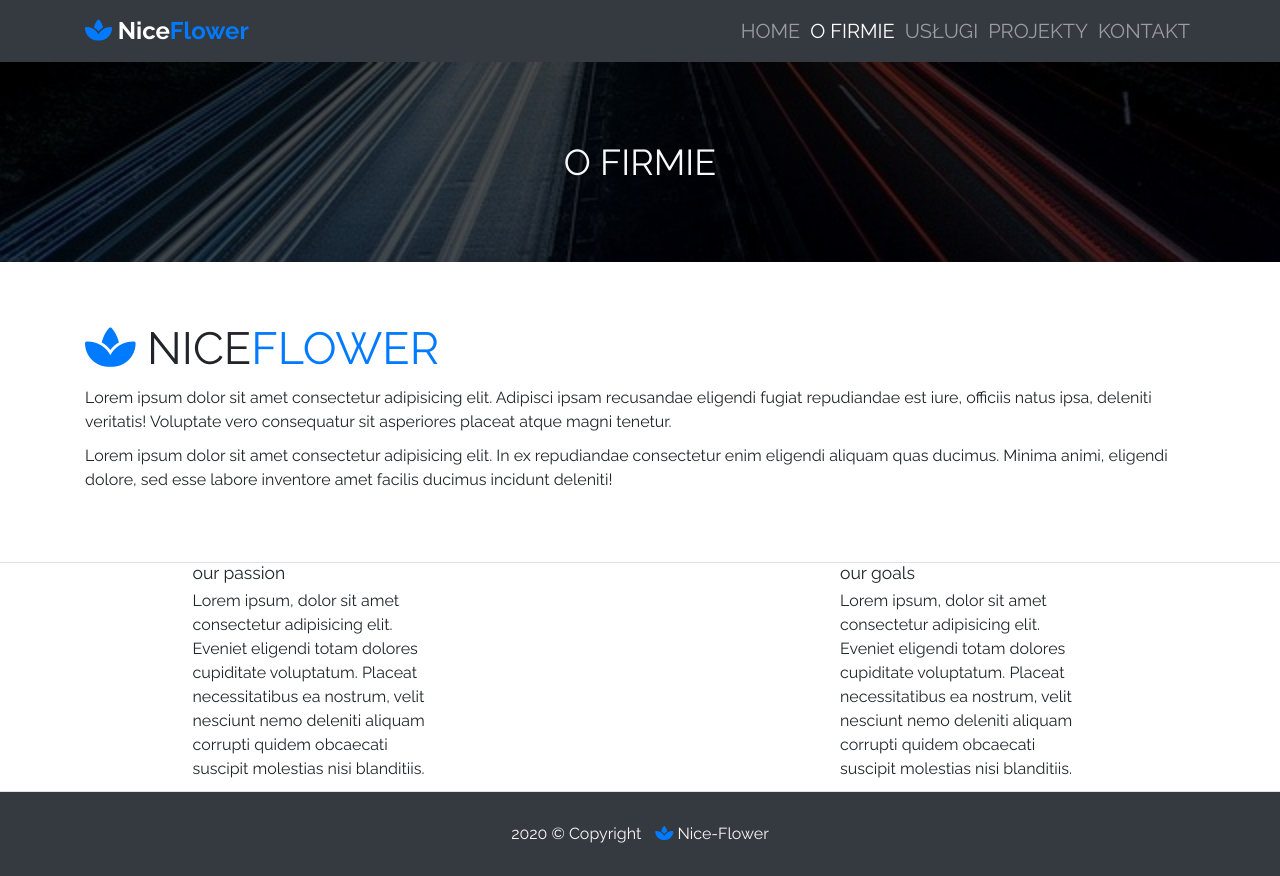
Repository: KrzysKolo/Projekt-13_Kwiaciarnia
Page: abouteus.html
An editor plug-in stored every save of this project. The page is shown before and after the next save, followed by the edit.
The browser window is 1280 px wide. The pictures show the whole page.
Some web libraries are served in a nearby version.

Above is the page before, as saved 2020-08-10 09:30:47.

### abouteus.html
<!DOCTYPE html>
<html lang="pl">
  <head>
    <meta charset="UTF-8" />
    <meta name="viewport" content="width=device-width, initial-scale=1.0" />
    <title>Nice-Flower</title>
    <script
      src="https://kit.fontawesome.com/21efeaf281.js"
      crossorigin="anonymous"
    ></script>

    <link
      rel="stylesheet"
      href="https://stackpath.bootstrapcdn.com/bootstrap/4.5.0/css/bootstrap.min.css"
      integrity="sha384-9aIt2nRpC12Uk9gS9baDl411NQApFmC26EwAOH8WgZl5MYYxFfc+NcPb1dKGj7Sk"
      crossorigin="anonymous"
    />
    <link
      href="https://fonts.googleapis.com/css2?family=Raleway:wght@400;700&display=swap"
      rel="stylesheet"
    />
    <link rel="stylesheet" href="style.css" />
  </head>
  <body>
    <nav class="navbar navbar-expand-lg navbar-dark bg-dark py-3">
      <div class="container">
        <a class="navbar-brand" href="#"
          ><i class="fas fa-spa text-primary"></i> Nice<span
            class="text-primary"
            >Flower</span
          ></a
        >
        <button
          class="navbar-toggler border-0"
          type="button"
          data-toggle="collapse"
          data-target="#navbarNavAltMarkup"
          aria-controls="navbarNavAltMarkup"
          aria-expanded="false"
          aria-label="Toggle navigation"
        >
          <i class="fas fa-bars px-4"></i>
        </button>
        <div class="collapse navbar-collapse" id="navbarNavAltMarkup">
          <div class="navbar-nav ml-auto">
            <a class="nav-link" href="index.html">Home </a>
            <a class="nav-link active" href="#"
              >O firmie<span class="sr-only">(current)</span></a
            >
            <a class="nav-link" href="services.html">Usługi</a>
            <a class="nav-link" href="projects.html">Projekty</a>
            <a class="nav-link" href="contact.html">Kontakt</a>
          </div>
        </div>
      </div>
    </nav>

    <!-- MAIN -->
    <main>
      <section class="top-hero aboutus-hero">
        <div class="hero-shadow"></div>
        <p class="top-hero-text text-light">O firmie</p>
      </section>
      <section class="aboutus-top p-5">
        <div class="row">
          <div class="container py-5">
            <p class="display-3">
              <i class="fas fa-spa text-primary"></i> Nice<span
                class="text-primary"
                >Flower</span
              >
            </p>
            <p>
              Lorem ipsum dolor sit amet consectetur adipisicing elit. Adipisci
              ipsam recusandae eligendi fugiat repudiandae est iure, officiis
              natus ipsa, deleniti veritatis! Voluptate vero consequatur sit
              asperiores placeat atque magni tenetur.
            </p>
            <p>
              Lorem ipsum dolor sit amet consectetur adipisicing elit. In ex
              repudiandae consectetur enim eligendi aliquam quas ducimus. Minima
              animi, eligendi dolore, sed esse labore inventore amet facilis
              ducimus incidunt deleniti!
            </p>
          </div>
        </div>
      </section>
      <section class="border-top border-bottom aboutus-info aboutus-shadow">
        <div class="container">
          <div class="row m-0 justify-content-center">
            <div class="col-lg-3 aboutus-text abouts-text-left">
              <h3>our passion</h3>
              <p>
                Lorem ipsum, dolor sit amet consectetur adipisicing elit.
                Eveniet eligendi totam dolores cupiditate voluptatum. Placeat
                necessitatibus ea nostrum, velit nesciunt nemo deleniti aliquam
                corrupti quidem obcaecati suscipit molestias nisi blanditiis.
              </p>
            </div>
            <div class="d-lg-none col aboutus-img"></div>
            <div class="d-none d-lg-block col-lg-4 aboutus-img"></div>
            <div class="col-lg-3 aboutus-text abouts-text-right">
              <h3>our goals</h3>
              <p>
                Lorem ipsum, dolor sit amet consectetur adipisicing elit.
                Eveniet eligendi totam dolores cupiditate voluptatum. Placeat
                necessitatibus ea nostrum, velit nesciunt nemo deleniti aliquam
                corrupti quidem obcaecati suscipit molestias nisi blanditiis.
              </p>
            </div>
          </div>
        </div>
      </section>
    </main>
    <footer class="bg-dark text-light">
      <p class="py-5 px-3 mb-0 text-center">
        2020 &copy; Copyright
        <i class="ml-3 fas fa-spa text-primary"></i> Nice-Flower
      </p>
    </footer>
    <script
      src="https://code.jquery.com/jquery-3.5.1.slim.min.js"
      integrity="sha384-DfXdz2htPH0lsSSs5nCTpuj/zy4C+OGpamoFVy38MVBnE+IbbVYUew+OrCXaRkfj"
      crossorigin="anonymous"
    ></script>
    <script
      src="https://cdn.jsdelivr.net/npm/popper.js@1.16.0/dist/umd/popper.min.js"
      integrity="sha384-Q6E9RHvbIyZFJoft+2mJbHaEWldlvI9IOYy5n3zV9zzTtmI3UksdQRVvoxMfooAo"
      crossorigin="anonymous"
    ></script>
    <script
      src="https://stackpath.bootstrapcdn.com/bootstrap/4.5.0/js/bootstrap.min.js"
      integrity="sha384-OgVRvuATP1z7JjHLkuOU7Xw704+h835Lr+6QL9UvYjZE3Ipu6Tp75j7Bh/kR0JKI"
      crossorigin="anonymous"
    ></script>
  </body>
</html>

### style.css
* {
  box-sizing: border-box;
  margin: 0;
  padding: 0;
}
html {
  font-size: 62.5%;
}
body {
  font-family: "Raleway", sans-serif;
  font-size: 1.6rem;
}
.hero-shadow {
  position: absolute;
  top: 0;
  width: 100%;
  height: 100%;
  background-color: rgba(0, 0, 0, 0.7);
  z-index: -1;
}
.additional-text {
  font-size: 1.8rem;
}
.top-hero {
  position: relative;
  height: 20rem;
  background-size: cover;
  z-index: 0;
}
.top-hero-text {
  display: flex;
  justify-content: center;
  align-items: center;
  height: 100%;
  font-size: 3.6rem;
  text-transform: uppercase;
}
/* ----------- */
/*  nawigacja  */
/* ----------- */
nav {
  font-size: 2rem;
  text-transform: uppercase;
}
.navbar-toggler {
  font-size: 3rem;
}
.navbar-brand {
  font-size: 2.4rem;
  font-weight: bold;
  text-transform: none;
}
/* ----------- */
/*    header   */
/* ----------- */
header {
  font-size: 2rem;
}
.carousel-item {
  position: relative;
  height: 400px;
  background-position: center;
  background-size: cover;
  z-index: 0;
}
.carousel-img-one {
  background-image: url("./img/b1m.jpg");
}
.carousel-img-two {
  background-image: url("./img/b2m.jpg");
}
.carousel-img-three {
  background-image: url("./img/b4m.jpg");
}
/* ----------- */
/*     main    */
/* ----------- */
.home-boxes {
  padding: 5rem 0;
}
.home-box i {
  font-size: 4rem;
}
.home-box h3 {
  font-size: 2.6rem;
}
/* ----------- */
.home-passion {
  position: relative;
  height: 350px;
  background-image: url("./img/b8m.jpg");
  background-position: center;
  background-size: cover;
  z-index: 0;
}
/* ----------- */
.home-brand h3 {
  font-size: 3rem;
  font-weight: bold;
}
/* ----------- */
/*   aboutus   */
/* ----------- */
.aboutus-hero {
  background-image: url("./img/obrazek1.jpg");
  background-position: bottom;
}
/* ----------- */
.aboutus-top .display-3 {
  text-transform: uppercase;
}
/* ----------- */
/*    footer   */
/* ----------- */
footer {
  font-size: 1.6rem;
}
@media (min-width: 1400px) {
  .carousel-item {
    height: 600px;
  }
  .carousel-img-one {
    background-image: url("./img/b1.jpg");
  }
  .carousel-img-two {
    background-image: url("./img/b2.jpg");
  }
  .carousel-img-three {
    background-image: url("./img/b4.jpg");
  }
}

After the next save:
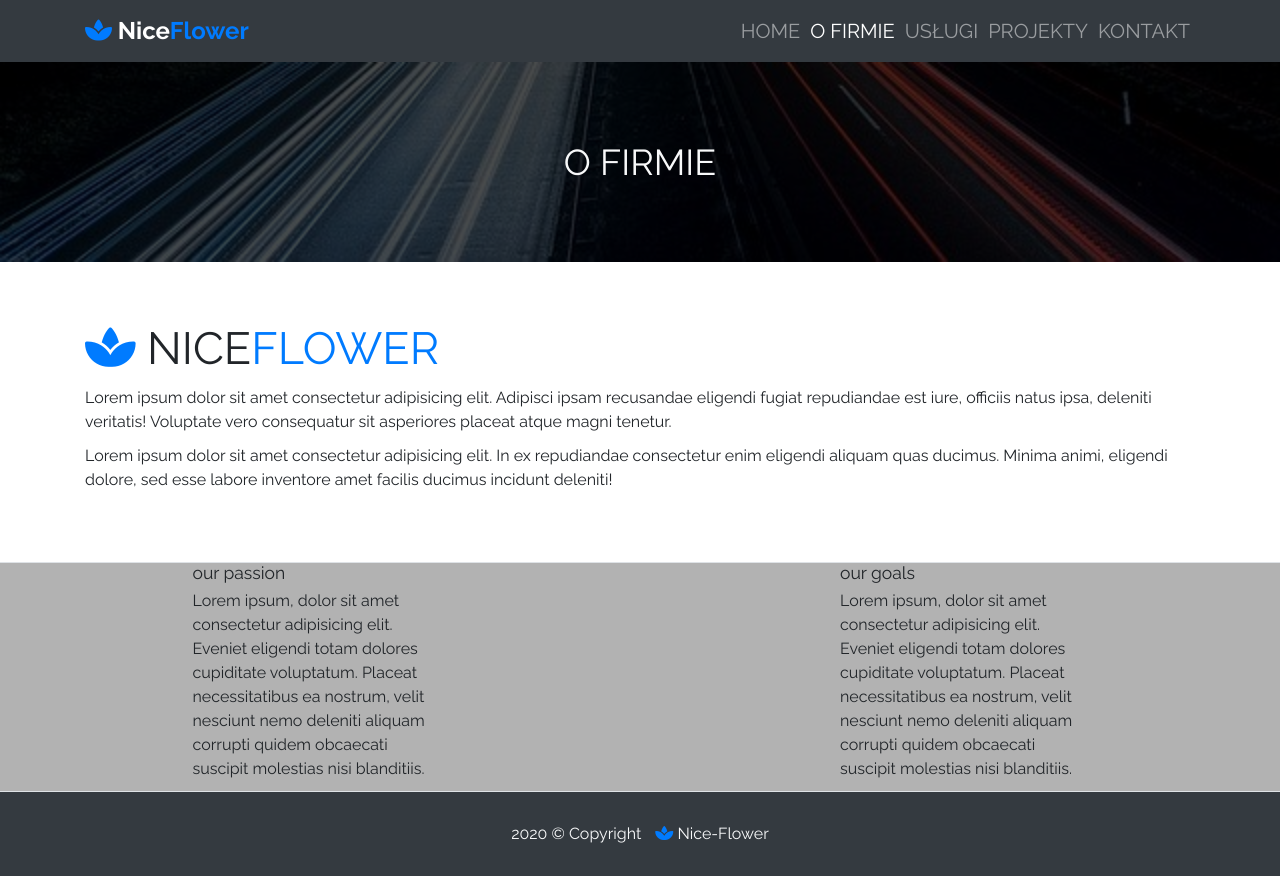
Saved 113 s later.
--- a/style.css
+++ b/style.css
@@ -110,6 +110,10 @@ header {
   text-transform: uppercase;
 }
 /* ----------- */
+.aboutus-info {
+  background-color: rgba(0, 0, 0, 0.3);
+}
+/* ----------- */
 /*    footer   */
 /* ----------- */
 footer {
